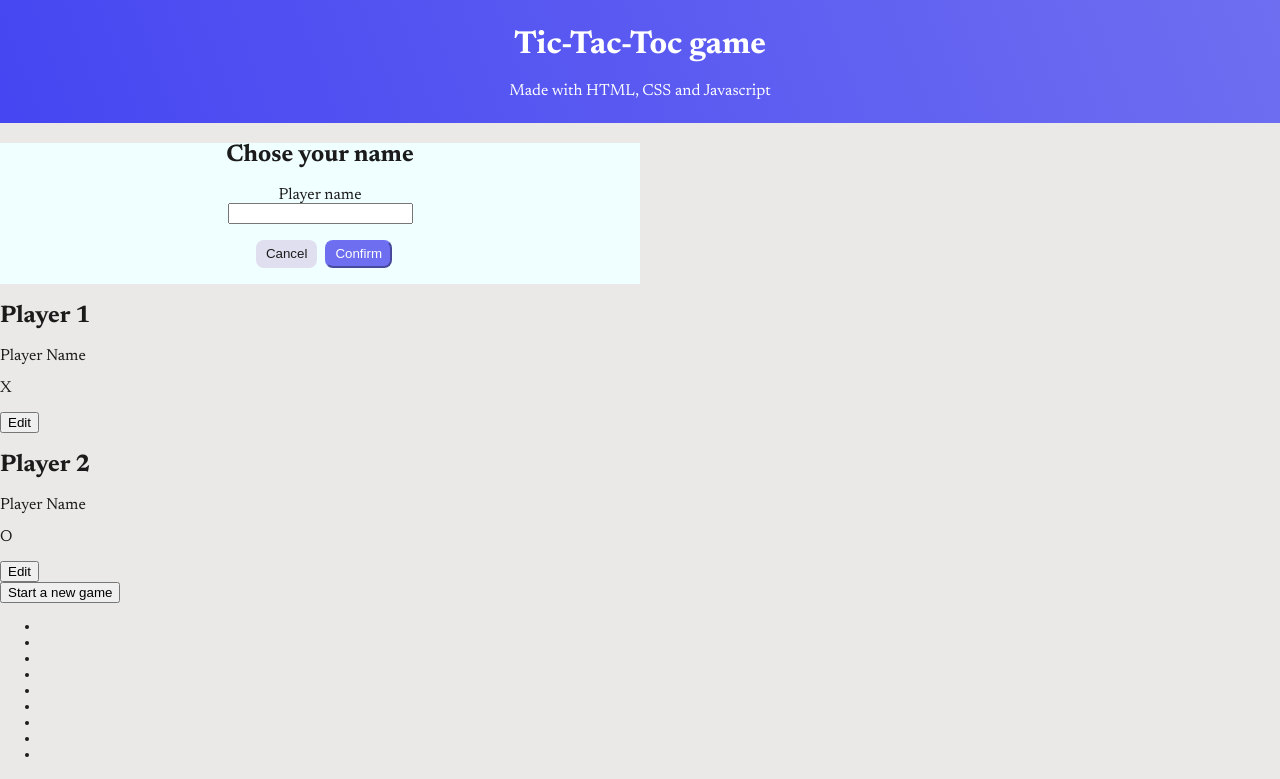
Repository: MicTomm/Tic-tac-toe-game
Page: index.html
These files come from the project's save history. The page is drawn as it stood at one moment and after the next save; the edit follows.
The browser window is 1280 px wide. The pictures show the whole page.

Above is the page before, as saved 2023-06-22 23:43:20.
Not found: js-code

### index.html
<!DOCTYPE html>
<html lang="en">

<head>
    <meta charset="UTF-8">
    <meta name="viewport" content="width=device-width, initial-scale=1.0">
    <title>Tic-Tac-Toe</title>
    <link rel="preconnect" href="https://fonts.googleapis.com">
    <link rel="preconnect" href="https://fonts.gstatic.com" crossorigin>
    <link href="https://fonts.googleapis.com/css2?family=Newsreader:wght@400;700&display=swap" rel="stylesheet">
    <link href="/styles.css" rel="stylesheet">
    <script src="js-code" defer></script>
</head>

<body>
    <header id="main-header">
        <h1>Tic-Tac-Toc game</h1>
        <p>Made with HTML, CSS and Javascript</p>
    </header>
    <main>
        <aside>
            <header id="id="aside-header>
                <h2>Chose your name</h2>
            </header>
            <form>
                <div id="aside-input-container">
                    <label for="choosing-player-name">Player name</label>
                    <input type="text" id="choosing-player-name">
                </div>
                <div id="aside-buttons-container">
                    <button type="button" class="btn alternative-btn">Cancel</button>
                    <button type="submit" class="btn">Confirm</button>
                </div>
            </form>
        </aside>
        <section id="game-configuration">
            <article>
                <div id="player1-container">
                    <h2>Player 1</h2>
                    <p>Player Name</p>
                    <p>X</p>
                    <button>Edit</button>
                </div>
            </article>
            <article>
                <div id="player2-container">
                    <h2>Player 2</h2>
                    <p>Player Name</p>
                    <p>O</p>
                    <button>Edit</button>
                </div>
            </article>
        </section>
        <section id="game-execution">
            <button type="button">Start a new game</button>
            <ul>
                <li></li>
                <li></li>
                <li></li>

                <li></li>
                <li></li>
                <li></li>

                <li></li>
                <li></li>
                <li></li>
            </ul>
        </section>
    </main>

</body>

</html>

### styles.css
body{
    margin: 0;
    background-color: rgb(235, 232, 232);
    font-family: 'Newsreader', serif;
    color: rgb(27, 27, 27);
}

#main-header{
    background: linear-gradient(70deg, rgb(70, 70, 242), rgb(110, 110, 241));
    color: white;
    padding: 0.5rem 5%;
    text-align: center;
}

.btn{
    background-color: rgb(110, 110, 241);
    border-color: rgb(110, 112, 241);
    color: white;
    border-radius: 8px;
    padding: 0.3rem 0.5rem;
}

.alternative-btn{
    background-color: rgb(223, 223, 239);
    border-color: transparent;
    color: rgb(27, 27, 27);
    margin: 0.5rem;
}

.btn:hover{
    background-color:  rgb(127, 127, 233);
    box-shadow: 1px 1px 2px rgb(27, 27, 27);
}

.alternative-btn:hover{
    background-color: rgb(210, 210, 235);
    border-color: rgb(195, 195, 236);
}

aside{
    text-align: center;
    background-color: azure;
    width: 50%;
}

form{
    display: flex;
    flex-flow: column;

}

form label{
    display: block;
}

form #aside-buttons-container{
    display: flex;
    flex-flow: row;
    justify-content: center;
    align-items: center;
    margin: 0.5rem;
}

After the next save:
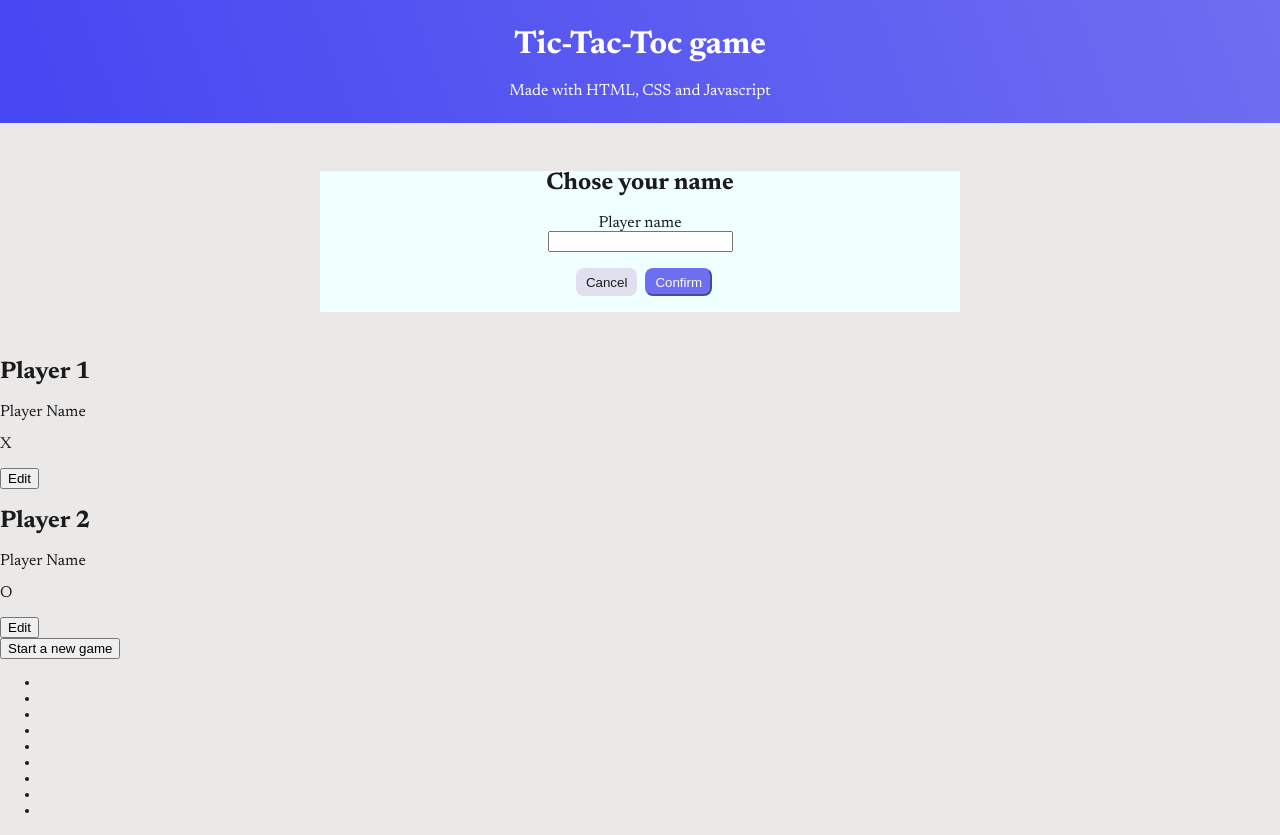
Saved 102 s later.
--- a/styles.css
+++ b/styles.css
@@ -41,6 +41,7 @@ aside{
     text-align: center;
     background-color: azure;
     width: 50%;
+    margin: 3rem auto;
 }
 
 form{
